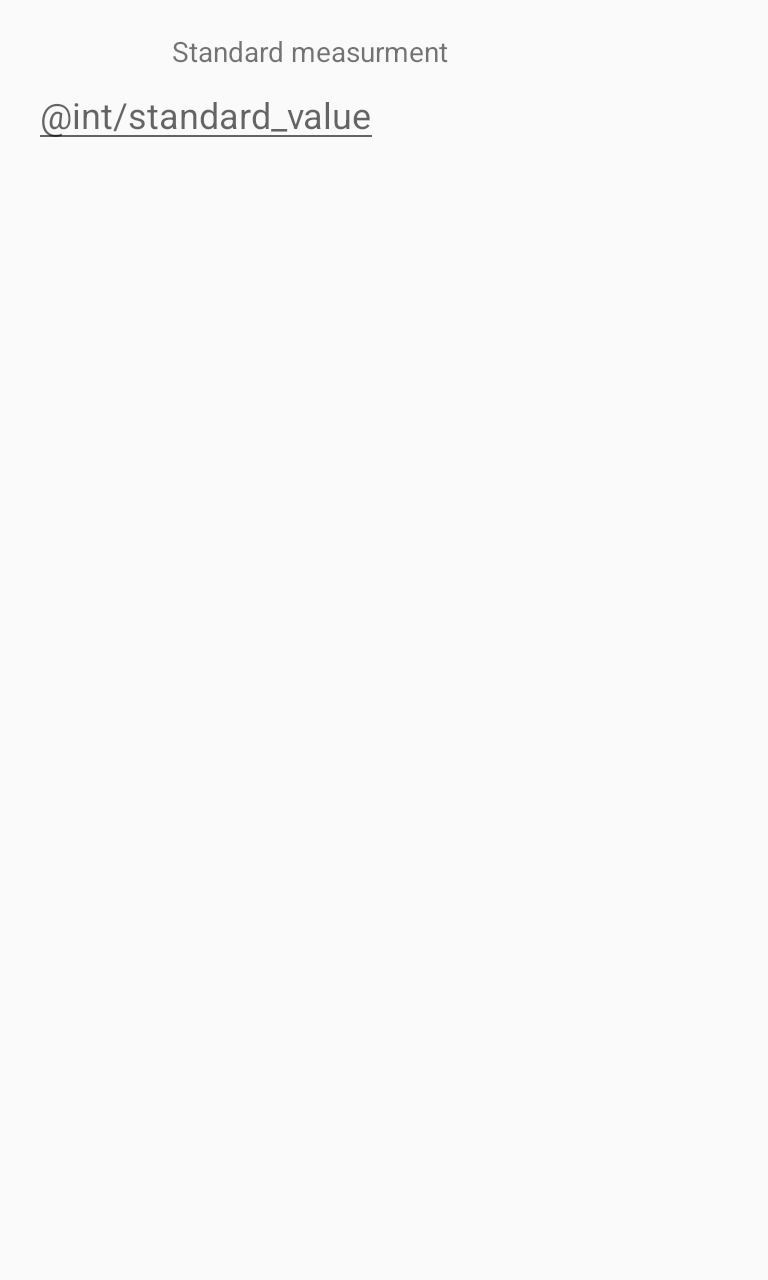
Repository: g80349/Java1
Layout: Week1 Project/MetricConverter/res/layout/fragment_main.xml
These files come from the project's save history. The layout is drawn as it stood at one moment and after the next save; the edit follows.
It is drawn on a 768 x 1280 px phone screen (xhdpi) without system bars, with theme AppTheme; the app's code is not run.

Above is the layout before, as saved 2014-04-03 00:32:09.

After the next save:
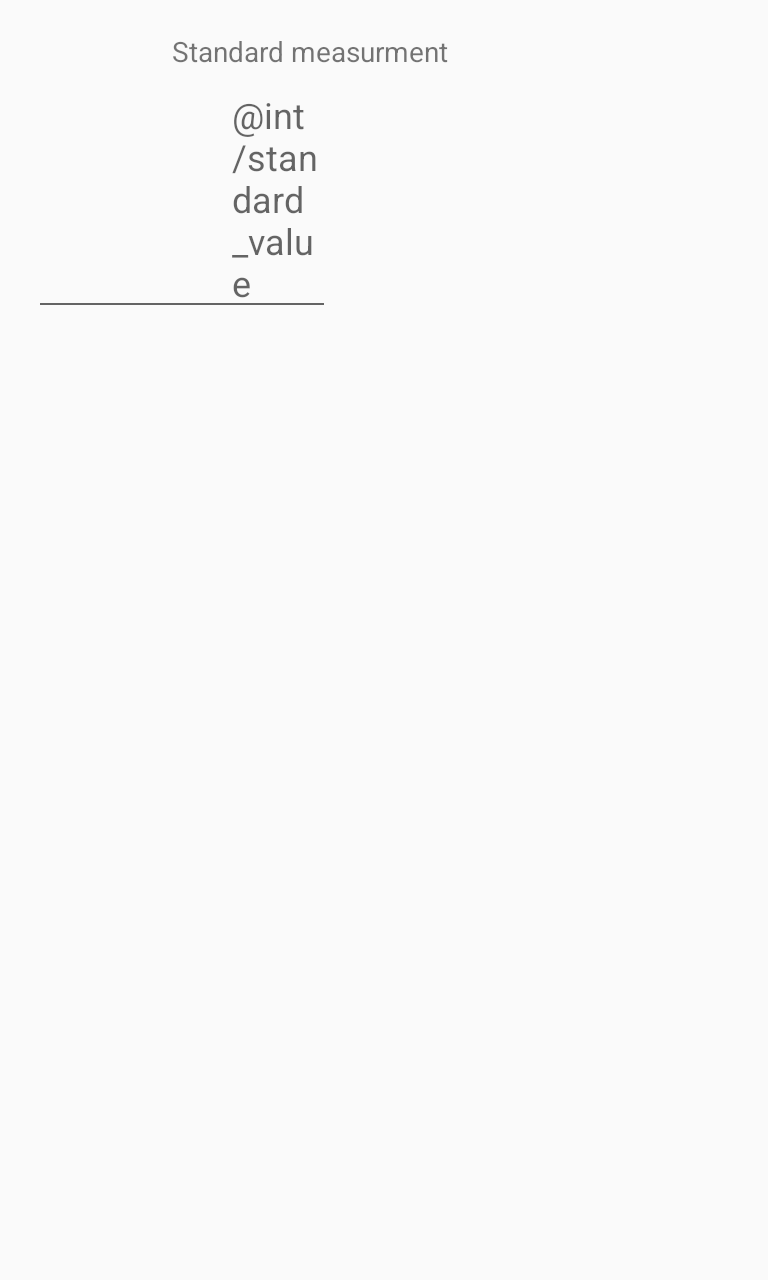
Saved 60 s later.
--- a/Week1 Project/MetricConverter/res/layout/fragment_main.xml
+++ b/Week1 Project/MetricConverter/res/layout/fragment_main.xml
@@ -14,10 +14,12 @@
         android:layout_height="wrap_content"
         android:paddingLeft="70dp"
         android:text="@string/standard" />
+
     <EditText
         android:id="@+id/standard_value"
-        android:layout_width="wrap_content"
+        android:layout_width="150dp"
         android:layout_height="wrap_content"
-        android:hint="@int/standard_value" />
+        android:hint="@int/standard_value"
+        android:paddingLeft="100dp" />
 
 </LinearLayout>
